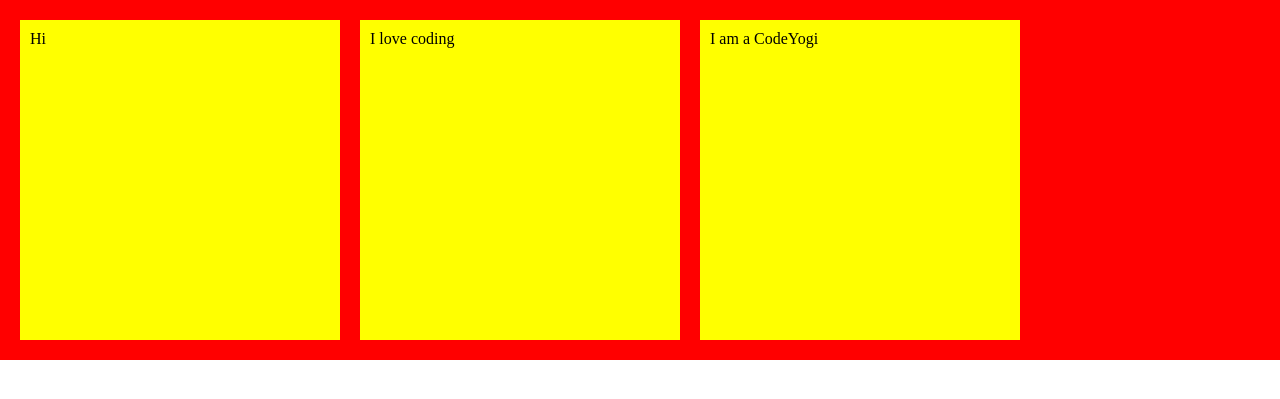
Repository: itz-mohanmadhav-18/Full-stack
Page: Html+css/day-3/flexbox.html
An editor plug-in stored every save of this project. The page is shown before and after the next save, followed by the edit.
The browser window is 1280 px wide. The pictures show the whole page.

Above is the page before, as saved 2024-06-14 12:55:26.

### Html+css/day-3/flexbox.html
<!DOCTYPE html>
<html lang="en">
  <head>
    <meta charset="UTF-8" />
    <meta name="viewport" content="width=device-width, initial-scale=1.0" />
    <link rel="stylesheet" href="./flexbox1.css" />
    <title>Document</title>
  </head>
  <body>
    <!-- <div>
      <h1>Heading 1</h1>
      <a>Link 1</a>
      <a>Link 2</a>
      <p>Pararaph 1</p>
    </div> -->
    <div>
        <p>Hi</p>
        <p>I love coding</p>
        <p>I am a CodeYogi</p>
    </div>
  </body>
</html>

### Html+css/day-3/flexbox1.css
*{
    padding: 0px;
    margin: 0px;
    /* background: white; */
}
div{
    background: red;
    padding: 10px;
    display: flex;
    flex-direction: row;

}

p{
    background: yellow;
    margin: 10px;
    padding: 10px;
    height: 300px;
    width: 300px;
}

After the next save:
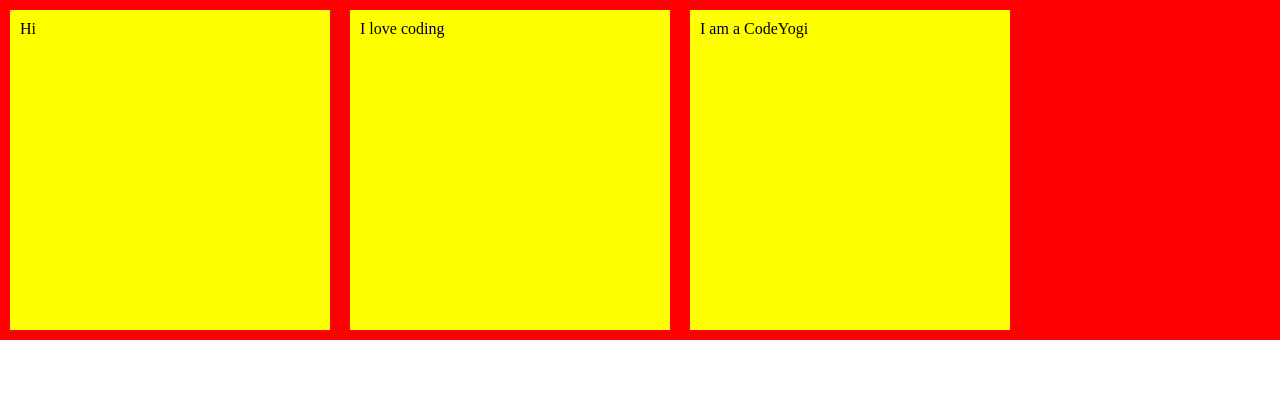
Saved 72 s later.
--- a/Html+css/day-3/flexbox1.css
+++ b/Html+css/day-3/flexbox1.css
@@ -1,11 +1,11 @@
-*{
+* {
     padding: 0px;
     margin: 0px;
     /* background: white; */
 }
 div{
     background: red;
-    padding: 10px;
+    /* padding: 10px; */
     display: flex;
     flex-direction: row;
 

After the save that followed:
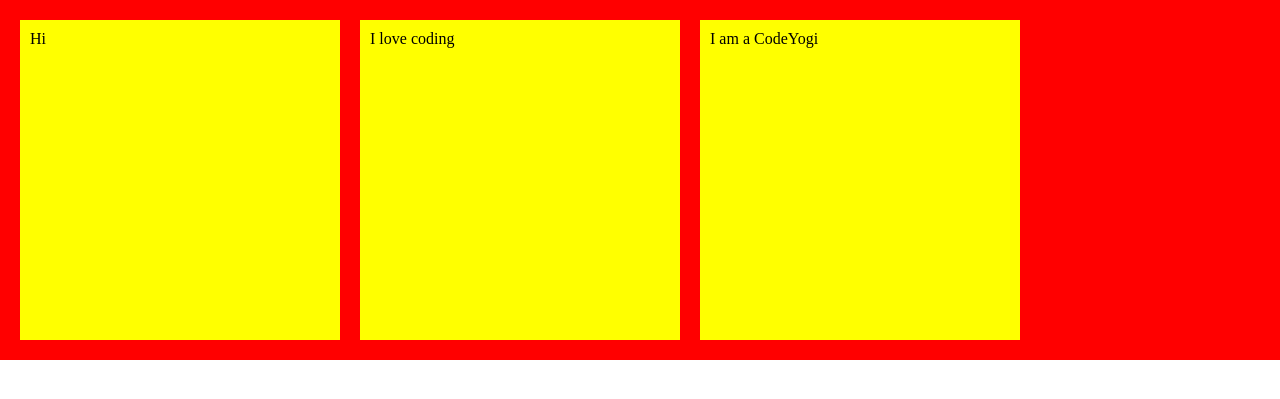
Saved 16 s later.
--- a/Html+css/day-3/flexbox1.css
+++ b/Html+css/day-3/flexbox1.css
@@ -5,7 +5,7 @@
 }
 div{
     background: red;
-    /* padding: 10px; */
+    padding: 10px;
     display: flex;
     flex-direction: row;
 
